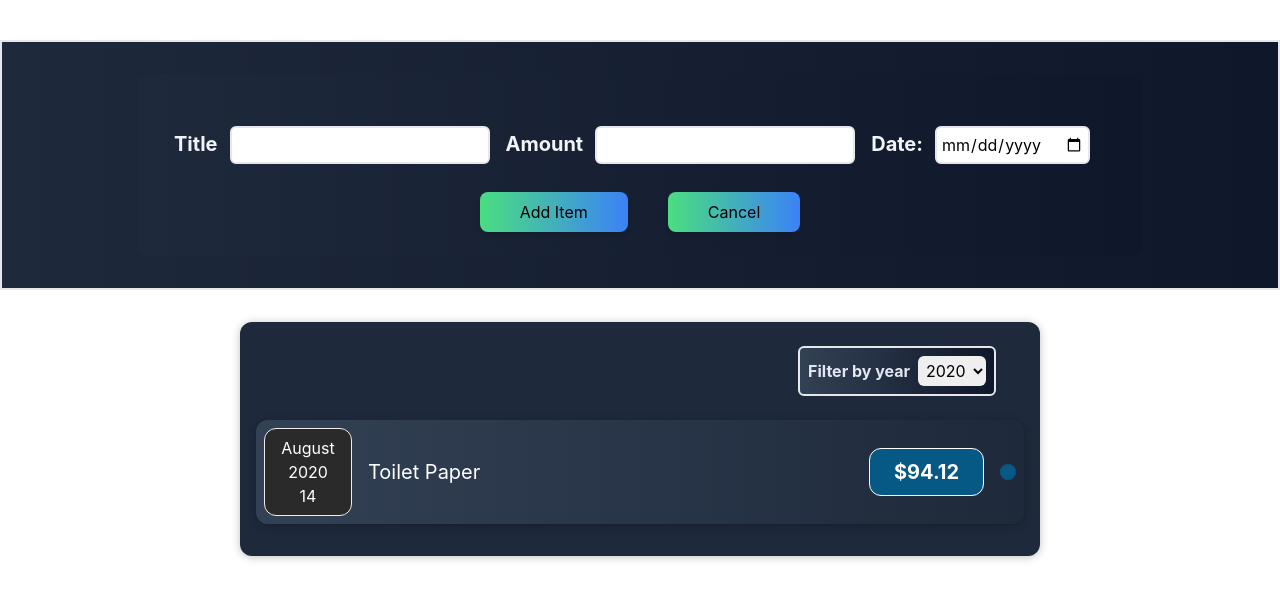
Repository: Sef24/expense-tracker
Page: /, after clicking the first element matching `button.flex`
The author's editor kept a copy of each file at every save. The page is drawn from the files as they stood at one save, then again after the next save.
The browser window is 1280 px wide. The pictures show the whole page.
The project was rebuilt for these pictures with package versions that can differ from the ones it lists, and the page was loaded fresh each time. Also part of the build but not shown: src/components/NewExpense/NewExpense.css, src/components/NewExpense/ExpenseForm.css.

Above is the page before, as saved 2022-05-03 19:06:10.

### public/index.html
<!DOCTYPE html>
<html lang="en">
  <head>
    <meta charset="utf-8" />
    <link rel="icon" href="%PUBLIC_URL%/favicon.ico" />
    <meta name="viewport" content="width=device-width, initial-scale=1" />

    <meta
      name="description"
      content="Web site created using create-react-app"
    />
    <link rel="apple-touch-icon" href="%PUBLIC_URL%/logo192.png" />
    <!--
      manifest.json provides metadata used when your web app is installed on a
      user's mobile device or desktop. See https://developers.google.com/web/fundamentals/web-app-manifest/
    -->
    <link rel="manifest" href="%PUBLIC_URL%/manifest.json" />
    <!--
      Notice the use of %PUBLIC_URL% in the tags above.
      It will be replaced with the URL of the `public` folder during the build.
      Only files inside the `public` folder can be referenced from the HTML.

      Unlike "/favicon.ico" or "favicon.ico", "%PUBLIC_URL%/favicon.ico" will
      work correctly both with client-side routing and a non-root public URL.
      Learn how to configure a non-root public URL by running `npm run build`.
    -->
    <title>React App</title>
  </head>
  <body>
    <noscript>You need to enable JavaScript to run this app.</noscript>
    <div id="root"></div>
    <!--
      This HTML file is a template.
      If you open it directly in the browser, you will see an empty page.

      You can add webfonts, meta tags, or analytics to this file.
      The build step will place the bundled scripts into the <body> tag.

      To begin the development, run `npm start` or `yarn start`.
      To create a production bundle, use `npm run build` or `yarn build`.
    -->
  </body>
</html>

### src/App.js
import Expenses from "./components/Expenses";
import NewExpense from "./components/NewExpense/NewExpense";
import { useState } from "react";

const DUMMY_DATA = [
  {
    id: "e1",
    title: "Toilet Paper",
    amount: 94.12,
    date: new Date(2020, 7, 14),
  },
  { id: "e2", title: "New TV", amount: 799.49, date: new Date(2021, 2, 12) },
  {
    id: "e3",
    title: "Car Insurance",
    amount: 294.67,
    date: new Date(2021, 2, 28),
  },
  {
    id: "e4",
    title: "New Desk (Wooden)",
    amount: 450,
    date: new Date(2021, 5, 12),
  },
];

function App() {
  const [expenses, setExpenses] = useState(DUMMY_DATA);

  const addExpenseHandler = (expense) => {
    setExpenses((prevExpenses) => {
      return [expense, ...prevExpenses];
    });
  };
  return (
    <div>
      <div>
        <NewExpense onAddExpense={addExpenseHandler} />
        <Expenses items={expenses} />
      </div>
    </div>
  );
}

export default App;

### src/components/Expenses.js
import React, { useState } from "react";
import ExpenseItem from "./ExpenseItem";
import "./Expenses.css";
import ExpensesList from "./ExpensesList";
import ExpensesFilter from "./NewExpense/ExpensesFilter";

function Expenses(props) {
  const [filteredYear, setFilteredYear] = useState("2020");

  const filterChangeHandler = (selectedYear) => {
    setFilteredYear(selectedYear);
  };

  const filteredExpenses = props.items.filter((expense) => {
    return expense.date.getFullYear().toString() === filteredYear;
  });

  return (
    <div>
      <div className="expenses  bg-slate-800 ... ">
        <ExpensesFilter
          selected={filteredYear}
          onChangeFilter={filterChangeHandler}
        />
        <ExpensesList items={filteredExpenses} />
      </div>
    </div>
  );
}

export default Expenses;

### src/components/NewExpense/NewExpense.js
import React from "react";
import "./NewExpense.css";
import ExpenseForm from "./ExpenseForm";
import { useState } from "react";

function NewExpense(props) {
  const [isEditing, setIsEditing] = useState(false);

  const saveExpenseDataHandler = (enteredExpenseData) => {
    const expenseData = {
      ...enteredExpenseData,
      id: Math.random().toString(),
    };

    props.onAddExpense(expenseData);
    setIsEditing(false);
  };

  const startEditingHandler = () => {
    setIsEditing(true);
  };

  const stopEditingHandler = () => {
    setIsEditing(false);
  };

  return (
    <div
      className="flex w-full p-4 mt-10 items-center justify-center border-2
      bg-gradient-to-r from-slate-800 to-slate-900 ... px-10"
    >
      {!isEditing && (
        <button
          onClick={startEditingHandler}
          className="flex items-center justify-center border-2 p-4 rounded-lg text-slate-50
          cursor-pointer transition duration-100 transform hover:scale-125 hover:text-white
          bg-cyan-500 text-extra-bold"
        >
          Add Expense
        </button>
      )}
      {isEditing && (
        <ExpenseForm
          onSaveExpenseData={saveExpenseDataHandler}
          onCancel={stopEditingHandler}
        />
      )}
    </div>
  );
}

export default NewExpense;

### src/components/ExpenseItem.js
import React, { useState } from "react";
import "./ExpenseItem.css";
import ExpenseDate from "./ExpenseDate";

function ExpenseItem(props) {
  const [title, setTitle] = useState(props.title);

  const clickHandler = () => {
    setTitle("Updated");
    console.log(title);
  };

  return (
    <li>
      <div className="expense-item bg-gradient-to-r  from-slate-700  to-slate-800 ... border-x-cyan-100 ">
        <ExpenseDate date={props.date} />

        <div className="expense-item__description">
          <h2>{props.title}</h2>

          <div className="expense-item__price bg-sky-800">${props.amount}</div>
        </div>
        <button
          className="p-2 ml-4 border-transparent rounded-full border-0
        bg-sky-800 font-bold text-slate-50"
          onClick={clickHandler}
        ></button>
      </div>
    </li>
  );
}

export default ExpenseItem;

### src/components/Expenses.css
.expenses {
  padding: 1rem;

  margin: 2rem auto;
  width: 50rem;
  max-width: 95%;
  border-radius: 12px;
  box-shadow: 0 1px 8px rgba(0, 0, 0, 0.25);
}

### src/components/ExpensesList.js
import React from "react";

import ExpenseItem from "./ExpenseItem";

const ExpensesList = (props) => {
  if (props.items.length === 0) {
    return (
      <h2 className="text-white font-extrabold text-xl flex items-center justify-center">
        Found no expenses...
      </h2>
    );
  }

  return (
    <ul>
      {props.items.map((expense) => (
        <ExpenseItem
          key={expense.id}
          id={expense.id}
          title={expense.title}
          amount={expense.amount}
          date={expense.date}
        />
      ))}
    </ul>
  );
};

export default ExpensesList;

### src/components/NewExpense/ExpensesFilter.js
import React from "react";

const ExpensesFilter = (props) => {
  const dropdownChangeHandler = (event) => {
    props.onChangeFilter(event.target.value);
  };
  return (
    <div className="">
      <div className="flex justify-end p-2 mr-5 ">
        <div
          className="border-2  rounded-md border-inherit p-2 ml-6
        bg-gradient-to-r from-slate-700 to-slate-900 ..."
        >
          <label className="text-slate-200 font-bold mr-2">
            Filter by year
          </label>
          <select
            value={props.selected}
            onChange={dropdownChangeHandler}
            className="rounded-md p-1"
          >
            <option value="2022">2022</option>
            <option value="2021">2021</option>
            <option value="2020">2020</option>
            <option value="2019">2019</option>
          </select>
        </div>
      </div>
    </div>
  );
};

export default ExpensesFilter;

### src/components/NewExpense/ExpenseForm.js
import React, { useState } from "react";
import "./ExpenseForm.css";

function ExpenseForm(props) {
  const [titleHandler, setTitleHandler] = useState("");
  const [amountHandler, setAmountHandler] = useState("");
  const [dateHandler, setDateHandler] = useState("");

  const handleTitleChange = (event) => {
    setTitleHandler(event.target.value);
  };

  const handleAmountChange = (event) => {
    setAmountHandler(event.target.value);
  };

  const handleDateChange = (event) => {
    setDateHandler(event.target.value);
  };

  const handleSubmit = (event) => {
    event.preventDefault();

    const expenseData = {
      title: titleHandler,
      amount: amountHandler,
      date: new Date(dateHandler),
    };
    props.onSaveExpenseData(expenseData);
    setTitleHandler("");
    setAmountHandler("");
    setDateHandler("");
  };

  return (
    <form
      className="bg-gradient-to-r from-slate-800 to-slate-900 ... p-6 m-4 rounded-xl"
      onSubmit={handleSubmit}
    >
      <div className="flex justify-center pt-4 m-3">
        <div className="font-bold text-slate-100 text-xl mr-1 mt-1">Title</div>
        <input
          className="border-2 mr-4 ml-2 rounded-md p-1 hover:bg-slate-50 active:bg-slate-50 "
          type="text"
          onChange={handleTitleChange}
          value={titleHandler}
        />

        <div className="font-bold text-slate-100 text-xl mr-1 mt-1">Amount</div>
        <input
          className="border-2 mr-4 ml-2 rounded-md p-1 hover:bg-slate-50 active:bg-slate-50"
          type="number"
          min="0.01"
          step="0.01"
          onChange={handleAmountChange}
          value={amountHandler}
        />

        <div className="font-bold text-slate-100 text-xl mr-1 mt-1">Date:</div>
        <input
          className="border-2 mr-4 ml-2 rounded-md p-1 hover:bg-slate-50 active:bg-slate-50"
          type="date"
          onChange={handleDateChange}
          value={dateHandler}
        />
      </div>
      <div className="flex block space-x-10 items-center justify-center ">
        <button
          type="submit"
          className="p-2 mt-4 px-10 border-3 border-solid rounded-lg shadow-md
          bg-gradient-to-r from-green-400 to-blue-500
          hover:from-pink-500 hover:to-yellow-500 ...
          active:opacity-75"
        >
          Add Item
        </button>
        <button
          type="button"
          onClick={props.onCancel}
          className="p-2 mt-4 px-10 border-3 border-solid rounded-lg shadow-md
          bg-gradient-to-r from-green-400 to-blue-500
          hover:from-pink-500 hover:to-yellow-500 ...
          active:opacity-75"
        >
          Cancel
        </button>
      </div>
    </form>
  );
}

export default ExpenseForm;

### src/components/ExpenseItem.css
.expense-item {
  display: flex;
  justify-content: space-between;
  align-items: center;
  box-shadow: 0 2px 8px rgba(0, 0, 0, 0.25);
  padding: 0.5rem;
  margin: 1rem 0;
  border-radius: 12px;
}

.expense-item__description {
  display: flex;
  flex-direction: column;
  gap: 1rem;
  align-items: flex-end;
  flex-flow: column-reverse;
  justify-content: flex-start;
  flex: 1;
}

.expense-item h2 {
  color: #3a3a3a;
  font-size: 1rem;
  flex: 1;
  margin: 0 1rem;
  color: white;
}

.expense-item__price {
  font-size: 1rem;
  font-weight: bold;
  color: white;

  border: 1px solid white;
  padding: 0.5rem;
  border-radius: 12px;
}

@media (min-width: 580px) {
  .expense-item__description {
    flex-direction: row;
    align-items: center;
    justify-content: flex-start;
    flex: 1;
  }

  .expense-item__description h2 {
    font-size: 1.25rem;
  }

  .expense-item__price {
    font-size: 1.25rem;
    padding: 0.5rem 1.5rem;
  }
}

### src/components/ExpenseDate.js
import React from "react";
import "./ExpenseDate.css";

function ExpenseDate(props) {
  const month = props.date.toLocaleString("en-US", { month: "long" });
  const day = props.date.getDate();
  const year = props.date.getFullYear();

  return (
    <div className="expense-date">
      <div className="expense__month">{month}</div>
      <div className="expense__year">{year}</div>
      <div className="expense__day">{day}</div>
    </div>
  );
}

export default ExpenseDate;

Loaded but not shown: src/index.js (common file); src/index.css (common file); src/components/ExpenseDate.css (common file); tailwind.config.js (common file)

After the next save:
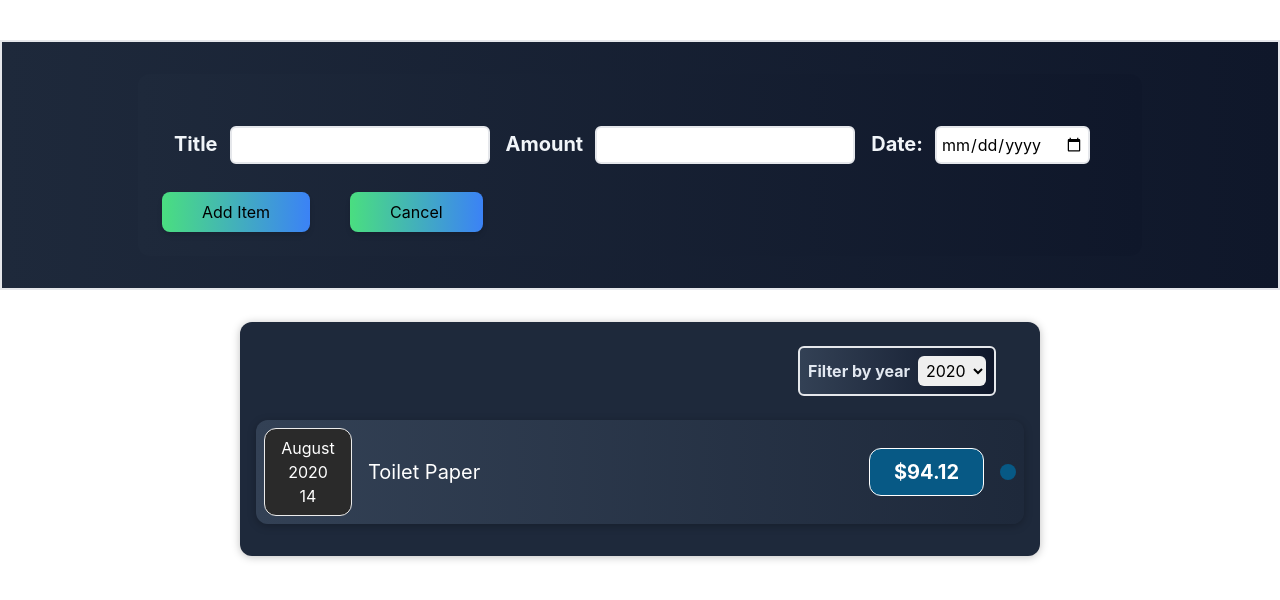
Saved 5 s later.
--- a/src/components/NewExpense/ExpenseForm.js
+++ b/src/components/NewExpense/ExpenseForm.js
@@ -64,7 +64,7 @@
           value={dateHandler}
         />
       </div>
-      <div className="flex block space-x-10 items-center justify-center ">
+      <div className="block space-x-10 items-center justify-center ">
         <button
           type="submit"
           className="p-2 mt-4 px-10 border-3 border-solid rounded-lg shadow-md

After the save that followed:
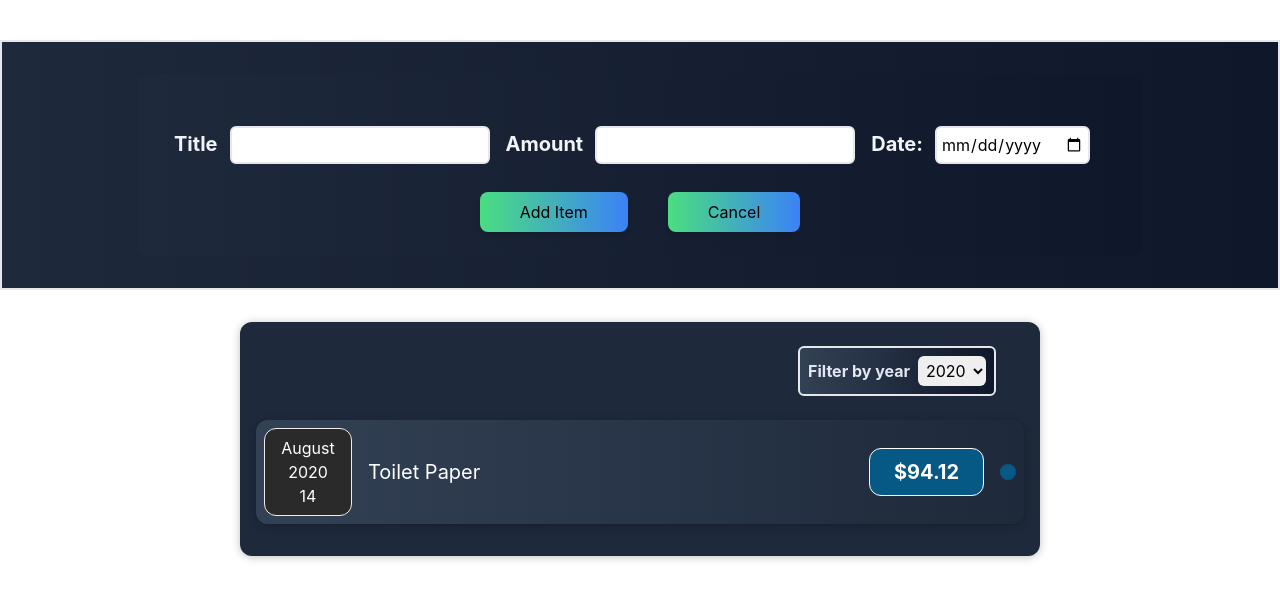
Saved 17 s later.
--- a/src/components/NewExpense/ExpenseForm.js
+++ b/src/components/NewExpense/ExpenseForm.js
@@ -64,7 +64,7 @@
           value={dateHandler}
         />
       </div>
-      <div className="block space-x-10 items-center justify-center ">
+      <div className="flex flex-col-2 space-x-10 items-center justify-center ">
         <button
           type="submit"
           className="p-2 mt-4 px-10 border-3 border-solid rounded-lg shadow-md
